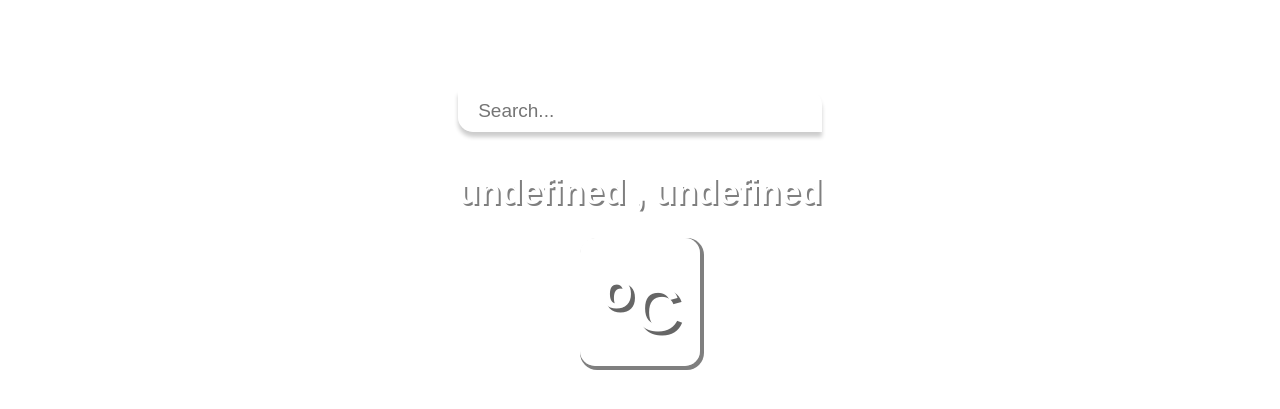
Repository: HoanTiny/30projects-30day
Page: Day 9/index.html
These files come from the project's save history. The page is drawn as it stood at one moment and after the next save; the edit follows.
The browser window is 1280 px wide. The pictures show the whole page.
The page's requests for data from a server got no answer.

Above is the page before, as saved 2021-12-10 15:06:08.

### Day 9/index.html
<!DOCTYPE html>
<html lang="en">
    <head>
        <meta charset="UTF-8" />
        <meta http-equiv="X-UA-Compatible" content="IE=edge" />
        <meta name="viewport" content="width=device-width, initial-scale=1.0" />
        <title>Weather App</title>

        <link
            rel="stylesheet"
            href="https://cdnjs.cloudflare.com/ajax/libs/font-awesome/6.0.0-beta2/css/all.min.css"
            integrity="sha512-YWzhKL2whUzgiheMoBFwW8CKV4qpHQAEuvilg9FAn5VJUDwKZZxkJNuGM4XkWuk94WCrrwslk8yWNGmY1EduTA=="
            crossorigin="anonymous"
            referrerpolicy="no-referrer"
        />
        <link rel="stylesheet" href="./style.css" />
    </head>
    <body>
        <div id="weather">
            <input type="text" placeholder="Search..." class="input-search" />
            <div class="content">
                <h1 class="name">
                    <span class="city"></span>
                    <span>,</span>
                    <span class="country"></span>
                </h1>
                <p class="time"></p>
                <div class="temperature">
                    <span class="value"></span>
                    <span><sup>o</sup>C</span>
                </div>
                <div class="short-desc"></div>
                <div class="more-desc">
                    <div class="visibility">
                        <i class="far fa-eye"></i>
                        <span></span>
                    </div>
                    <div class="wind">
                        <i class="fas fa-wind"></i>
                        <span></span>
                    </div>
                    <div class="cloud">
                        <i class="fas fa-cloud-sun"></i>
                        <span></span>
                    </div>
                </div>
            </div>
        </div>

        <script src="app.js"></script>
    </body>
</html>

### Day 9/style.css
* {
    padding: 0;
    margin: 0;
    box-sizing: border-box;
    font-family: sans-serif;
}

body {
    height: 100vh;
    overflow: hidden;
    display: flex;
    align-items: center;
    justify-content: center;
}

body.hot {
    background: linear-gradient(to bottom, rgba(0, 0, 0, 0.7), rgba(0, 0, 0, 1)), url(hot.png) no-repeat center/cover;
}

body.hot #weather {
    background-image: url(hot.png);
}

body.cold {
    background: linear-gradient(to bottom, rgba(0, 0, 0, 0.7), rgba(0, 0, 0, 1)), url(cold.png) no-repeat center/cover;
}

body.cold #weather {
    background-image: url(cold.png);
}

#weather {
    min-width: 350px;
    height: 600px;
    background: no-repeat center/cover;
    text-align: center;
    padding: 30px 20px;
    border-radius: 10px;
    transition: 0.4s;
}

#weather input {
    padding: 10px 20px;
    background-color: rgba(255, 255, 255, 0.4);
    font-size: 19px;
    box-shadow: 0 5px 4px rgba(0, 0, 0, 0.2);
    border: none;
    outline: none;
    border-radius: 0px 15px 0 15px;
    margin-bottom: 40px;
    width: 100%;
    transition: 0.4s;
}

#weather input:focus {
    background-color: rgba(255, 255, 255, 0.8);
    border-radius: 15px 0 15px 0;
}

#weather .content {
    color: white;
}

#weather .content .name {
    white-space: nowrap;
    font-size: 35px;
    text-shadow: 2px 2px rgba(0, 0, 0, 0.5);
}

#weather .content .time {
    font-size: 15px;
    margin: 6px 0;
}

#weather .content .temperature {
    font-size: 65px;
    text-shadow: 4px 4px rgba(0, 0, 0, 0.6);
    display: inline-block;
    padding: 20px;
    background-color: rgba(255, 255, 255, 0.4);
    border-radius: 15px;
    box-shadow: 2px 2px 0 2px rgba(0, 0, 0, 0.5);
    margin: 20px 0 30px;
    font-weight: 800;
}

#weather .content .short-desc {
    font-size: 40px;
    font-weight: 600;
    text-shadow: 3px 3px rgba(0, 0, 0, 0.4);
}

#weather .content .more-desc {
    display: flex;
    align-items: center;
    justify-content: space-between;
    margin-top: 40px;
}

#weather .content .more-desc > div {
    font-size: 16px;
    display: flex;
    flex-direction: column;
}

#weather .content .more-desc > div span {
    margin-top: 15px;
}

### Day 9/app.js
const input = document.querySelector(".input-search");

const city = document.querySelector(".name .city");
const country = document.querySelector(".name .country");
const time = document.querySelector(".time");
const temperature = document.querySelector(".temperature .value");
const shortDesc = document.querySelector(".short-desc");

const visibility = document.querySelector(".visibility span");
const wind = document.querySelector(".wind span");
const cloud = document.querySelector(".cloud span");

input.addEventListener("keyup", (e) => {
    if (e.keyCode === 13) {
        getWeather(e.target.value);
    }
});

function changeWeatherUI(weather) {
    city.innerHTML = weather.name;
    country.innerHTML = weather.country;
    // console.log(weather.wind.speed);
}

function getWeather(input) {
    const url = `https://api.openweathermap.org/data/2.5/weather?q=${input}&units=metric&appid=d78fd1588e1b7c0c2813576ba183a667`;
    fetch(url)
        .then((response) => response.json())
        .then((data) => changeWeatherUI(weather));
}

getWeather(input);

changeWeatherUI("Bac Giang");

After the next save:
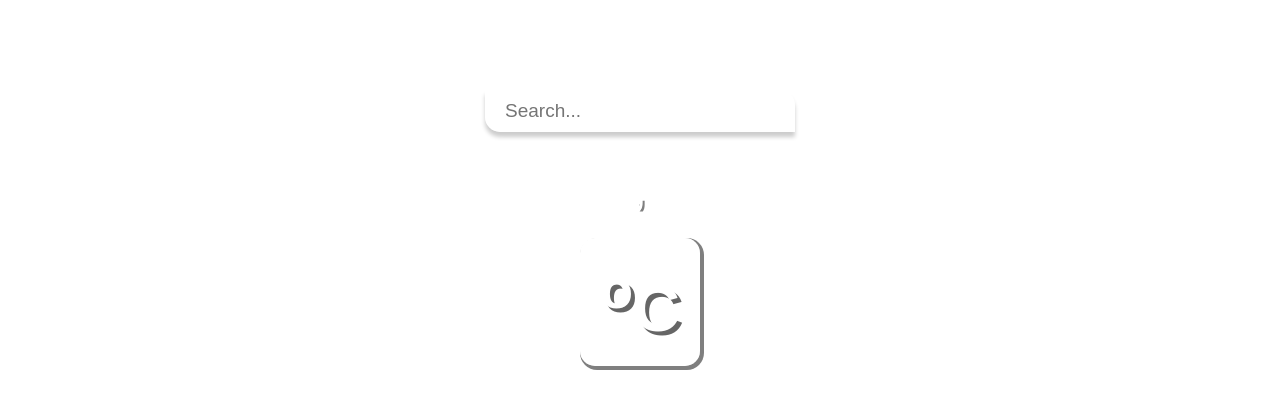
Saved 37 s later.
--- a/Day 9/app.js
+++ b/Day 9/app.js
@@ -29,6 +29,4 @@
         .then((data) => changeWeatherUI(weather));
 }
 
-getWeather(input);
-
-changeWeatherUI("Bac Giang");
+getWeather("Ha Noi");
